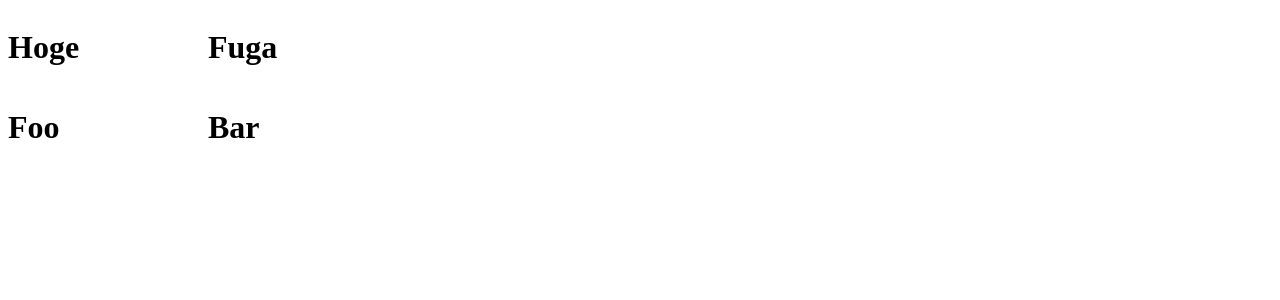
Repository: takahiro-djk/samurai_HTML-CSS
Page: New Folder/CSS Grid.html
The author's editor kept a record of every edit. The page is drawn from the files as they stood at one moment, then again after the next edit.
The browser window is 1280 px wide. The pictures show the whole page.

Above is the page before.

After the next edit:
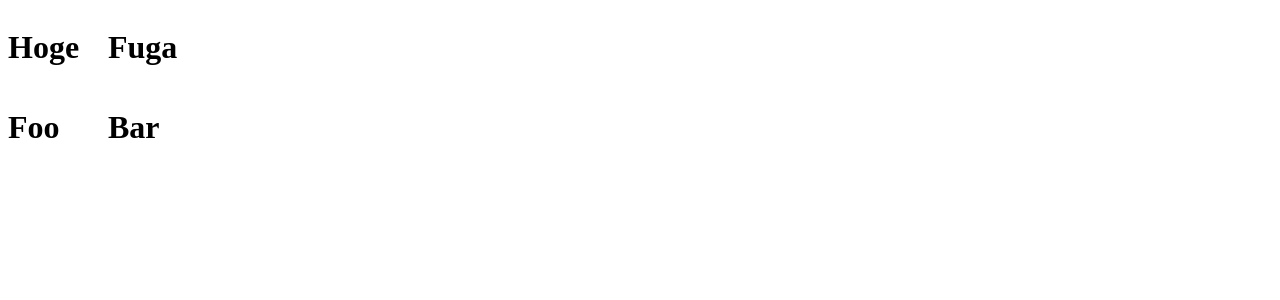
The edit:
--- a/New Folder/CSS Grid.html
+++ b/New Folder/CSS Grid.html
@@ -6,7 +6,7 @@
     <style>
         #grid {
             display: grid;
-            grid-template-columns: 200px 200px;
+            grid-template-columns: 100px 100px;
         }
 
     </style>
